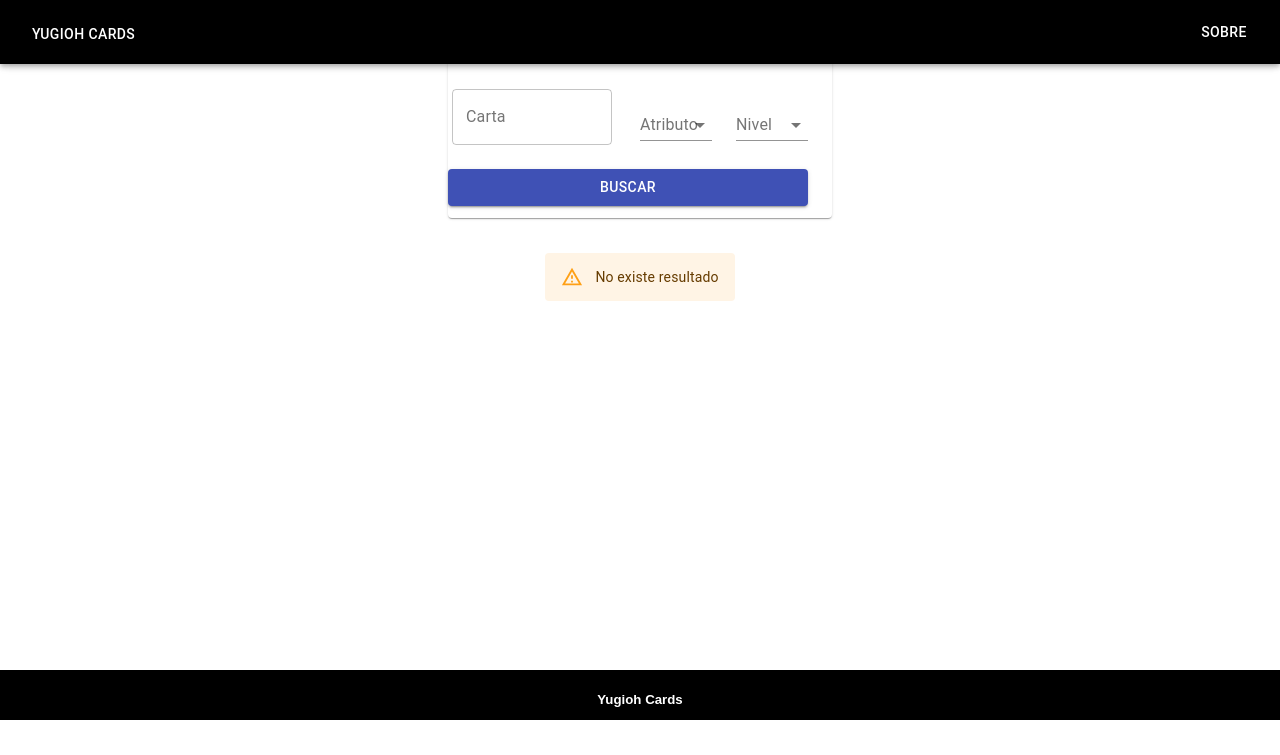
Repository: Skorfate/yugiohCard
Page: /
The author's editor kept a copy of each file at every save. The page is drawn from the files as they stood at one save, then again after the next save.
The browser window is 1280 px wide. The pictures show the whole page.
The project was rebuilt for these pictures with package versions that can differ from the ones it lists, and the page was loaded fresh each time. Also part of the build but not shown: webpack.config.js, src/App.css, src/components/header/header.style.scss.

Above is the page before, as saved 2021-07-19 22:23:43.

After the next save:
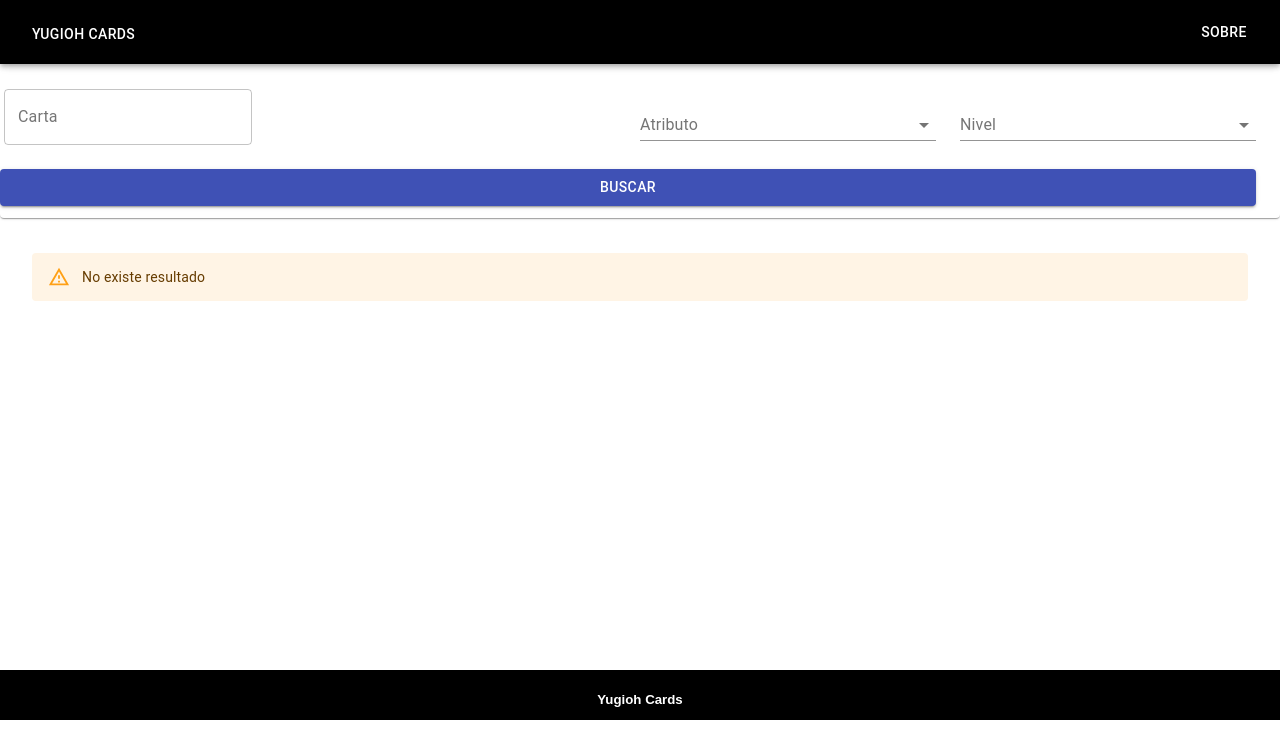
Saved 12 s later.
--- a/src/page/Home/Home.page.jsx
+++ b/src/page/Home/Home.page.jsx
@@ -23,7 +23,7 @@
     }*/
 
     return (
-            <Grid container  justify="center" alignItems="center"  direction="column">
+            <Grid container  justify="center" alignItems="stretch"  direction="column">
                     <Buscador setParametro={setParametro}/>
                     <Box m={4}>
                         {loading &&

After the save that followed:
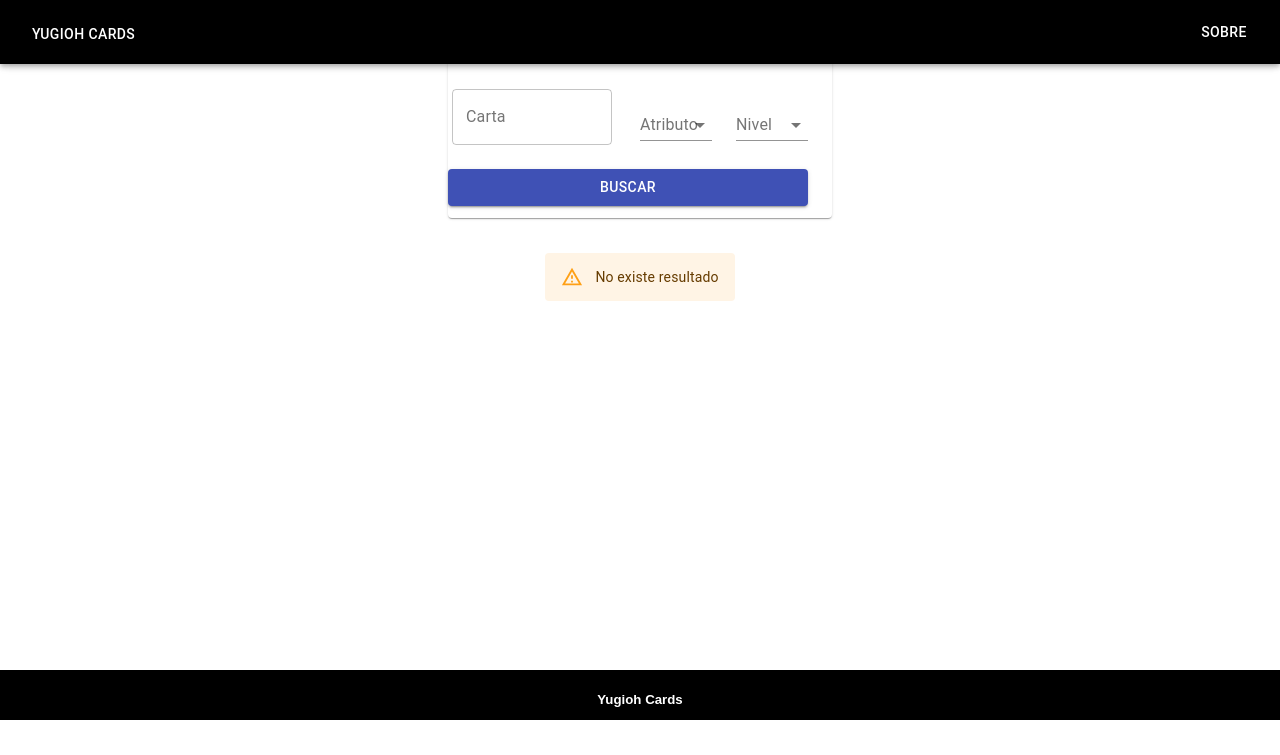
Saved 8 s later.
--- a/src/page/Home/Home.page.jsx
+++ b/src/page/Home/Home.page.jsx
@@ -23,7 +23,7 @@
     }*/
 
     return (
-            <Grid container  justify="center" alignItems="stretch"  direction="column">
+            <Grid container  justify="center" alignItems="center"  direction="column">
                     <Buscador setParametro={setParametro}/>
                     <Box m={4}>
                         {loading &&
